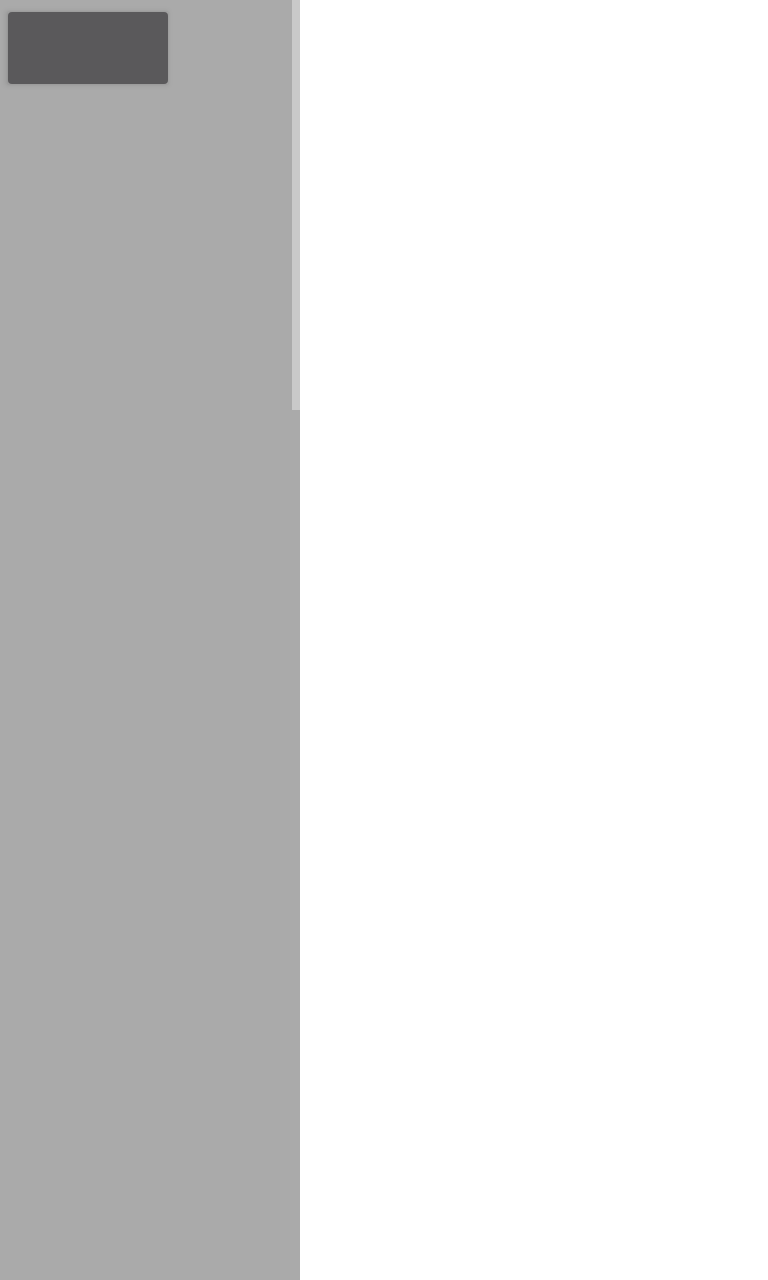
Repository: qfornaguera/AppQuelogy
Layout: AppQueology/res/layout/activity_main.xml
An editor plug-in stored every save of this project. The layout is shown before and after the next save, followed by the edit.
It is drawn on a 768 x 1280 px phone screen (xhdpi) without system bars, with theme Theme.AppCompat; the app's code is not run.

Above is the layout before, as saved 2014-05-27 21:33:39.

### AppQueology/res/layout/activity_main.xml
<?xml version="1.0" encoding="utf-8"?>
<RelativeLayout xmlns:android="http://schemas.android.com/apk/res/android"
    xmlns:tools="http://schemas.android.com/tools"
    android:layout_width="match_parent"
    android:layout_height="match_parent"
    android:id="@+id/activity_main"
    android:orientation="vertical" >

    <RelativeLayout
        android:id="@+id/graph"
        android:layout_width="match_parent"
        android:layout_height="match_parent"
        android:background="#ffffff">


    </RelativeLayout>

    <RelativeLayout
        android:layout_width="150dp"
        android:layout_height="wrap_content"
        android:layout_alignParentLeft="true"
        android:layout_alignParentTop="true">
        <ScrollView
            android:layout_width="150dp"
            android:layout_height="wrap_content"
            android:layout_alignParentLeft="true"
            android:layout_alignParentTop="true"
            android:fillViewport="true">
            <RelativeLayout
                android:id="@+id/content"
                android:layout_width="150dp"
                android:layout_height="2000dp"
                android:background="#AAAAAA"
                android:orientation="vertical">

            </RelativeLayout>
        </ScrollView>
    </RelativeLayout>

    <Button
        android:id="@+id/button1"
        android:layout_width="wrap_content"
        android:layout_height="wrap_content"
        android:text=" ">

    </Button>

</RelativeLayout>

After the next save:
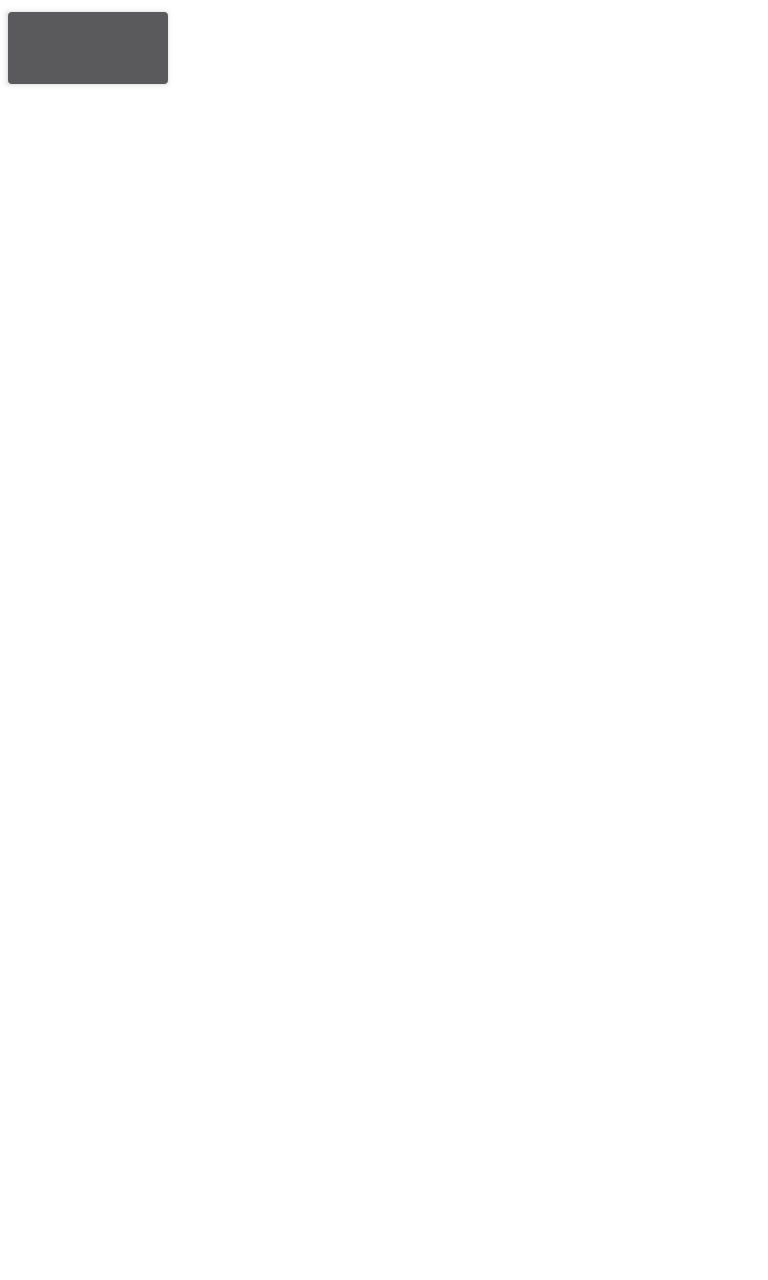
Saved 4 min 55 s later.
--- a/AppQueology/res/layout/activity_main.xml
+++ b/AppQueology/res/layout/activity_main.xml
@@ -29,7 +29,7 @@
             <RelativeLayout
                 android:id="@+id/content"
                 android:layout_width="150dp"
-                android:layout_height="2000dp"
+                android:layout_height="wrap_content"
                 android:background="#AAAAAA"
                 android:orientation="vertical">
 

After the save that followed:
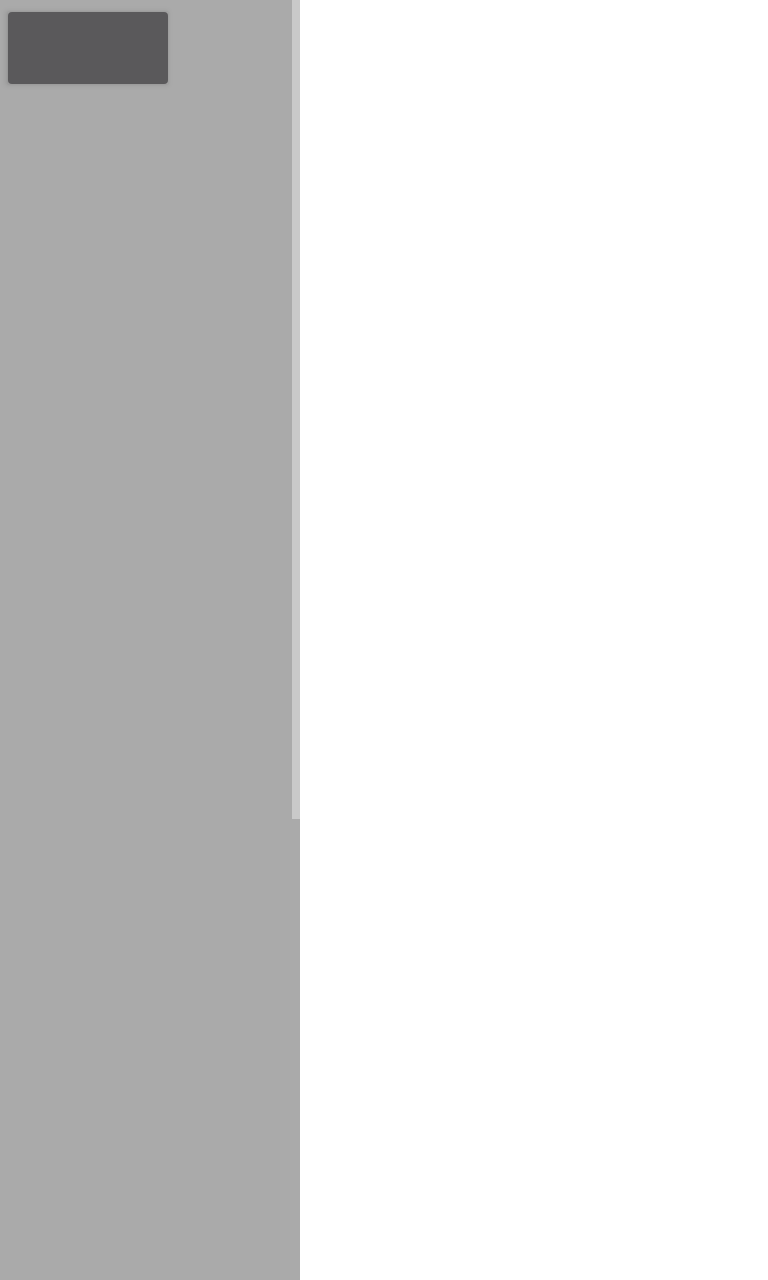
Saved 46 s later.
--- a/AppQueology/res/layout/activity_main.xml
+++ b/AppQueology/res/layout/activity_main.xml
@@ -29,7 +29,7 @@
             <RelativeLayout
                 android:id="@+id/content"
                 android:layout_width="150dp"
-                android:layout_height="wrap_content"
+                android:layout_height="1000dp"
                 android:background="#AAAAAA"
                 android:orientation="vertical">
 
